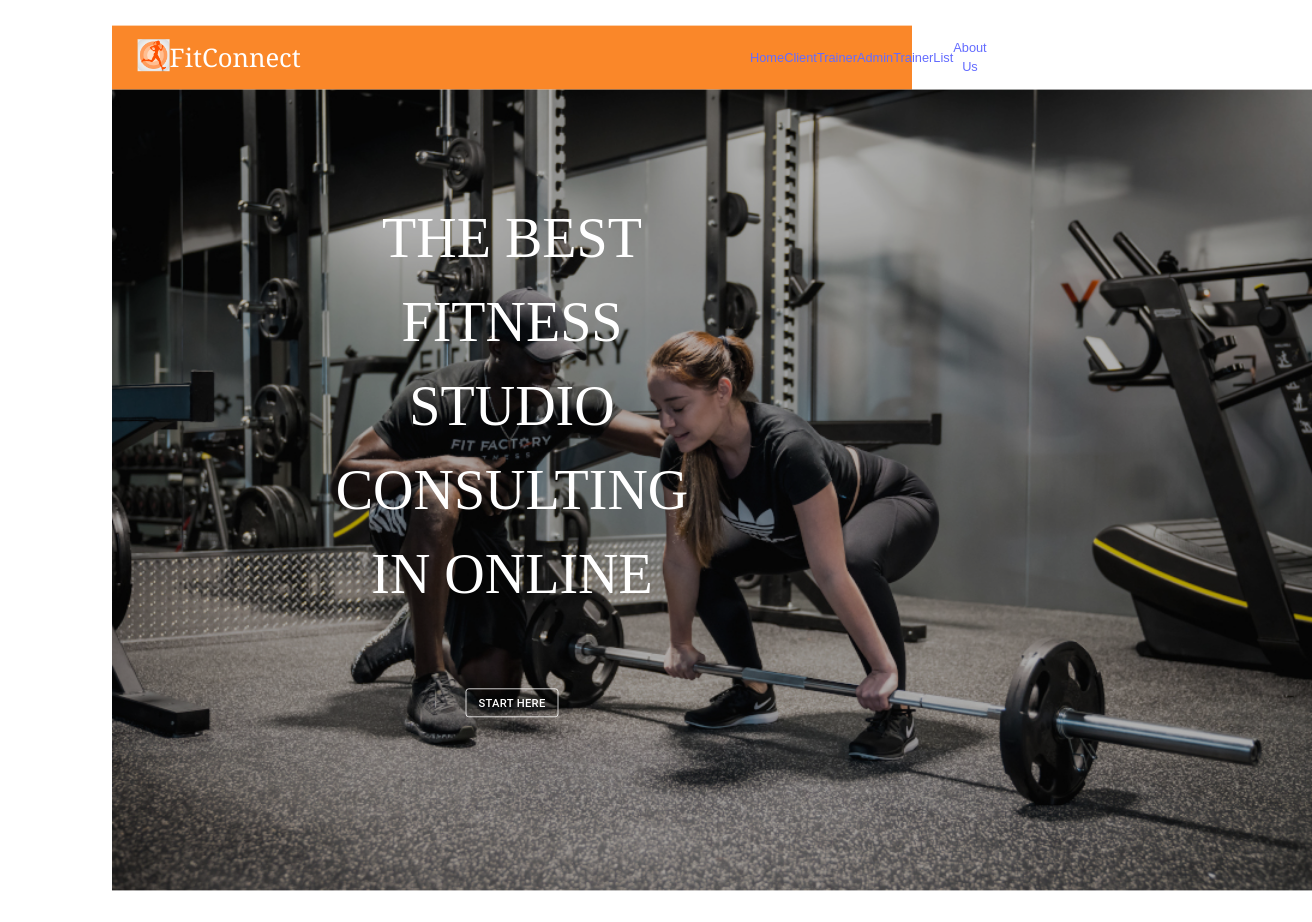
Repository: sarathraj2002/fitconnect
Page: / (app in Frontend/)
An editor plug-in stored every save of this project. The page is shown before and after the next save, followed by the edit.
The browser window is 1280 px wide. The page is 1640 px wide, so the pictures cover 1640 px, including what lies to the right of the window. The pictures show the whole page, at 80% of full size.
The project was rebuilt for these pictures with package versions that can differ from the ones it lists, and the page was loaded fresh each time. Also part of the build but not shown: Frontend/vite.config.js, Frontend/src/components/ClientPage.jsx, Frontend/src/components/TrainerPage.jsx, Frontend/src/components/AdminPage.jsx, Frontend/src/components/TrainerListPage.jsx, Frontend/src/components/AboutUs.jsx.

Above is the page before, as saved 2024-11-08 22:27:31.

### Frontend/index.html
<!doctype html>
<html lang="en">
  <head>
    <meta charset="UTF-8" />
    <link rel="icon" type="image/svg+xml" href="/vite.svg" />
    <meta name="viewport" content="width=device-width, initial-scale=1.0" />
    <title>FitConnect</title>
  </head>
  <body>
    <div id="root"></div>
    <script type="module" src="/src/main.jsx"></script>
  </body>
</html>

### Frontend/src/App.jsx
import React from 'react';
import { useState } from 'react'
import './App.css'
import { Route, Routes } from 'react-router-dom';
import NavBar from './components/NavBar';
import ClientPage from './components/ClientPage';
import TrainerPage from './components/TrainerPage';
import AdminPage from './components/AdminPage';
import TrainerListPage from './components/TrainerListPage';
import AboutUs from './components/AboutUs.jsx';
import Home from './components/Home.jsx';

function App() {
  const [count, setCount] = useState(0)

  return (
    <>


      <NavBar />
      <Routes>
        <Route path="/" element={<Home />}></Route>
        <Route path="/client" element={<ClientPage />}></Route>
        <Route path="/trainer" element={<TrainerPage />} ></Route>
        <Route path="/admin" element={<AdminPage />}></Route>
        <Route path="/trainerlist" element={<TrainerListPage />}></Route>
        <Route path="/about" element={<AboutUs />}></Route>
      </Routes>



    </>
  )
}

export default App

### Frontend/src/components/Navbar.jsx
import React from 'react';
import { Link } from 'react-router-dom';
import './navbar.css';
import { assets } from '../assets/assets';
const Navbar = () => {
  return (
     <nav className="navbar">
    {/* Logo */}
    <div className="navbar-logo">
      <img src={assets.logo} alt="Logo" />
    </div>
    <div className='head'>
      FitConnect
    </div>


        <Link to="/">Home</Link>
        <Link to="/client">Client</Link>
        <Link to="/trainer">Trainer</Link>
        <Link to="/admin">Admin</Link>
        <Link to="/trainerlist">TrainerList</Link>
        <Link to="/about">About Us</Link>

    </nav>
  );
};

export default Navbar;

### Frontend/src/components/Home.jsx
import React from 'react'
import { assets } from '../assets/assets'

import Button from '@mui/material/Button';

import { Stack } from '@mui/material';
const Home = () => {
  return (

    <>

    <div className='img' style={{ position: 'relative', textAlign: 'center' }}>

    <img
      style={{  width: '150%',filter: 'brightness(70%)' }}
      src={assets.head1}
      alt=""
    />
    <p
      style={{
        position: 'absolute',
        top: '50%',
        left: '50%',
        transform: 'translate(-50%, -50%)',
        color: 'white',
        fontSize: '70px',

        fontFamily:'fantasy'
      }}
    >
      THE BEST FITNESS STUDIO CONSULTING IN ONLINE
      <Stack spacing={2} direction="row" alignItems="center"
      justifyContent="center"
      style={{ height: '30vh' }} >

      <Button variant="outlined" sx={{ color: 'white', borderColor: 'white' }}>START HERE</Button>
    </Stack>

    </p>




    </div>

    </>
  )
}

export default Home;

### Frontend/src/components/Navbar.css
.head{
    font-size:xx-large;
    margin-right: 60%;
    font-family:Georgia, 'Times New Roman', Times, serif;

}
* {
    margin: 0;
    padding: 0;
    box-sizing: border-box;
  }

  body {
    font-family: Arial, sans-serif;
  }

  .navbar {
    display: flex;
    align-items: center;
    justify-content: space-between;
    background-color: #fa8729;
    padding: 1rem 2rem ;
    color: white;
    position: relative;
    width:
  }

  .navbar-logo img {
    height: 40px; /* Adjust height as needed */
    width: auto;
  }

  .navbar-links {
    list-style: none;
    display: flex;
    gap: 1.5rem;
  }

  .navbar-links li {
    cursor: pointer;
    color: white;
    font-size: 1rem;
    transition: color 0.3s ease;
  }

  .navbar-links li:hover {
    color: #ec7819;
  }

  .navbar-button {
    padding: 0.5rem 1.5rem;
    border: none;
    background-color: #fa8729;
    color: white;
    border-radius: 5px;
    cursor: pointer;
    transition: background-color 0.3s ease;
  }

  .navbar-button:hover {
    background-color: #e76f51;
  }


  .navbar-toggle {
    display: none;
    font-size: 1.5rem;
    color: white;
    cursor: pointer;
  }


  @media (max-width: 768px) {
    .navbar-links {
      display: none;
      position: absolute;
      top: 60px;
      right: 20px;
      background-color: #333;
      flex-direction: column;
      padding: 1rem;
      gap: 1rem;
      border-radius: 5px;
    }

    .navbar-links.open {
      display: flex;
    }

    .navbar-toggle {
      display: block;
    }
  }

### Frontend/src/assets/assets.js
import logo from './logo.png';
import head1 from './head1.png'

export const assets={
    logo,
    head1
};

Loaded but not shown: Frontend/src/main.jsx (common file); Frontend/src/index.css (common file); Frontend/src/App.css (common file)

After the next save:
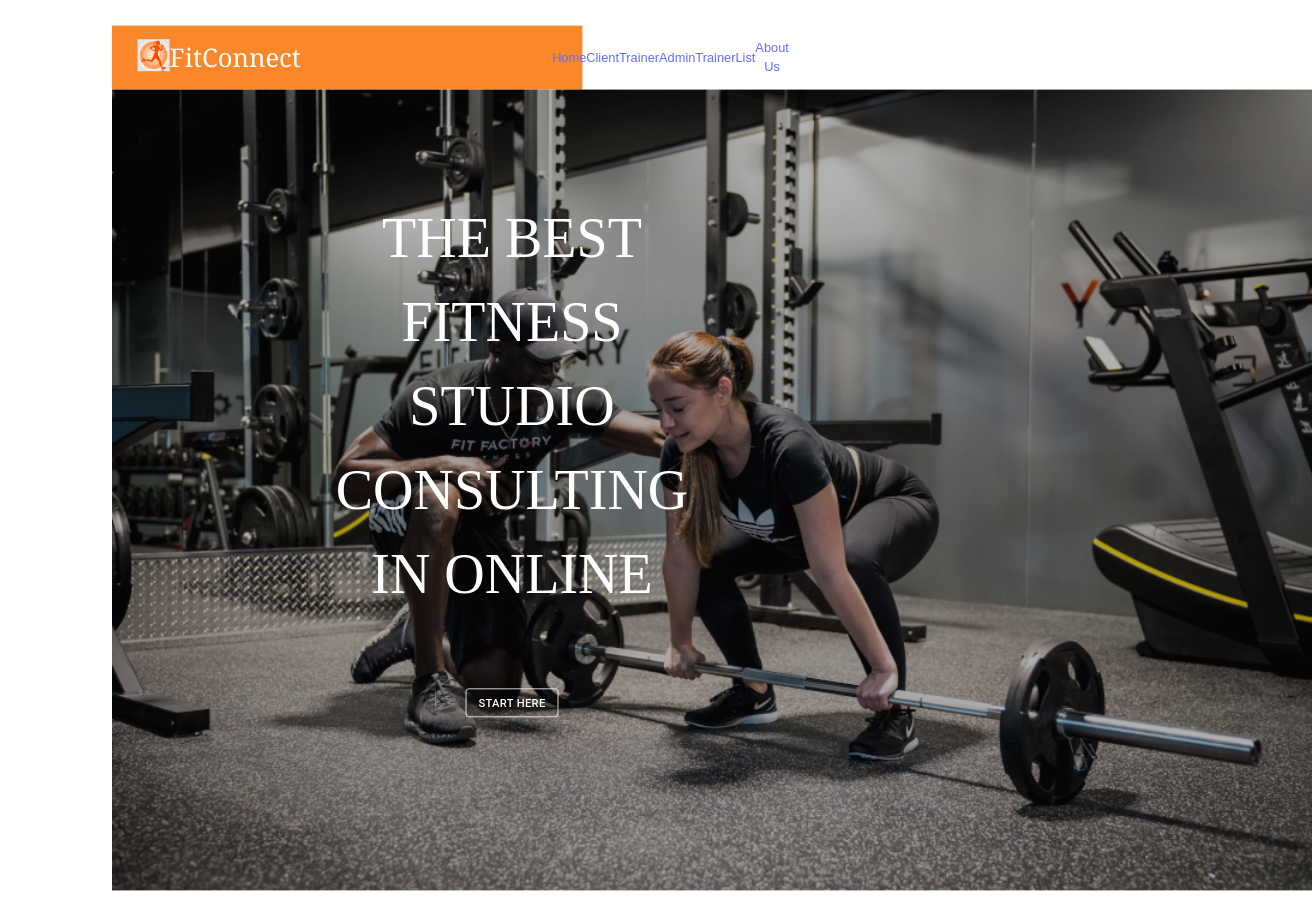
Saved 4 s later.
--- a/Frontend/src/components/Navbar.css
+++ b/Frontend/src/components/Navbar.css
@@ -22,7 +22,7 @@
     padding: 1rem 2rem ;
     color: white;
     position: relative;
-    width:
+    width:fit-content
   }
 
   .navbar-logo img {

After the save that followed:
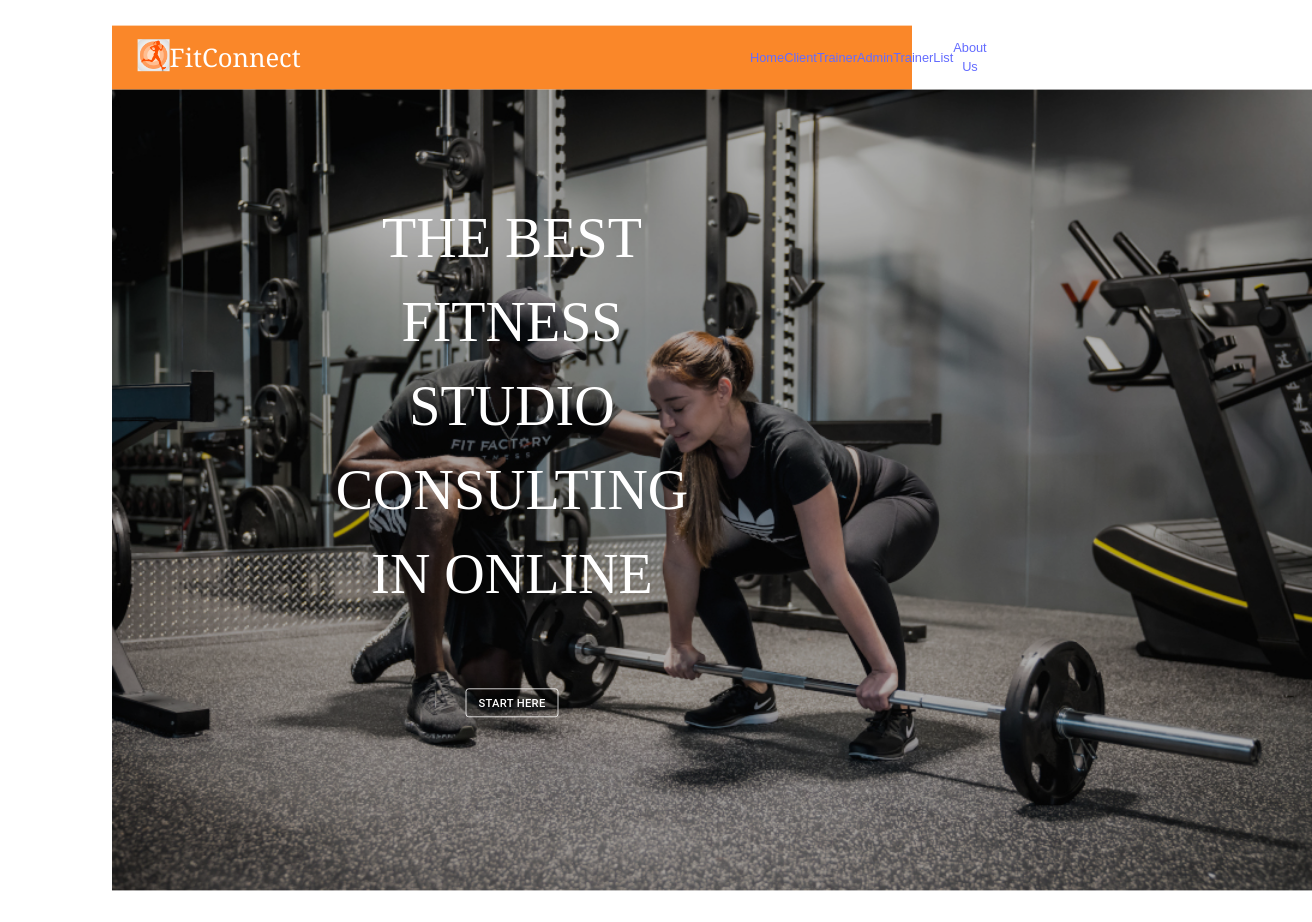
Saved 10 s later.
--- a/Frontend/src/components/Navbar.css
+++ b/Frontend/src/components/Navbar.css
@@ -22,7 +22,7 @@
     padding: 1rem 2rem ;
     color: white;
     position: relative;
-    width:fit-content
+    width:
   }
 
   .navbar-logo img {
